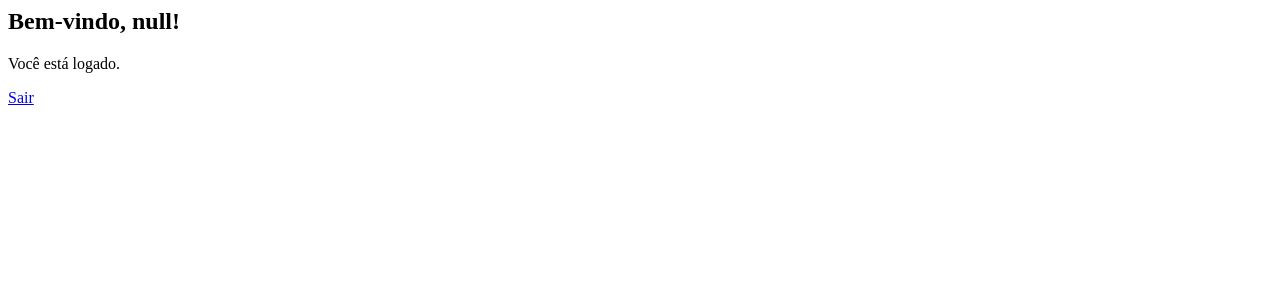
Repository: AlvesHamabily/tcc-formacao-tecnologica
Page: http://localhost/finance-webapp/logado.jsp
These files come from the project's save history. The page is drawn as it stood at one moment and after the next save; the edit follows.
The browser window is 1280 px wide. The pictures show the whole page.
The page is served by Tomcat 10.

Above is the page before, as saved 2025-03-20 23:55:40.

After the next save:
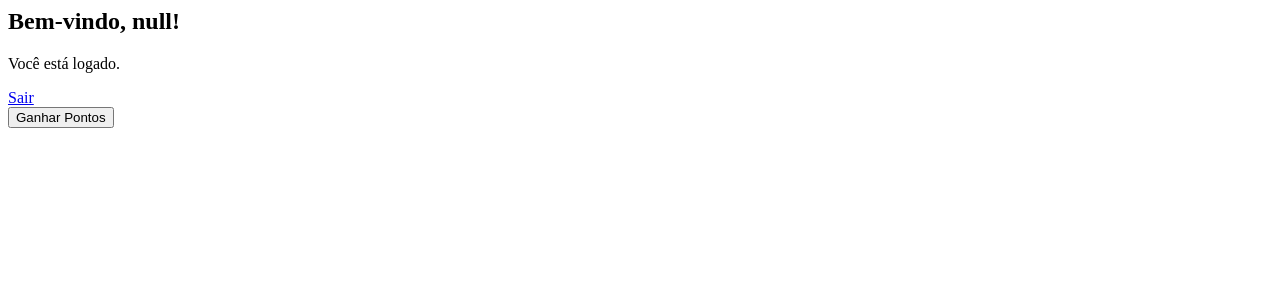
Saved 99 min 44 s later.
--- a/backend/finance-webapp/src/main/webapp/logado.jsp
+++ b/backend/finance-webapp/src/main/webapp/logado.jsp
@@ -8,5 +8,9 @@
     <h2>Bem-vindo, <%= session.getAttribute("username") %>!</h2>
     <p>Você está logado.</p>
     <a href="index.jsp">Sair</a>
+    <form action="PontosServlet" method="post">
+    	<button type="submit">Ganhar Pontos</button>
+	</form>
+
 </body>
 </html>
